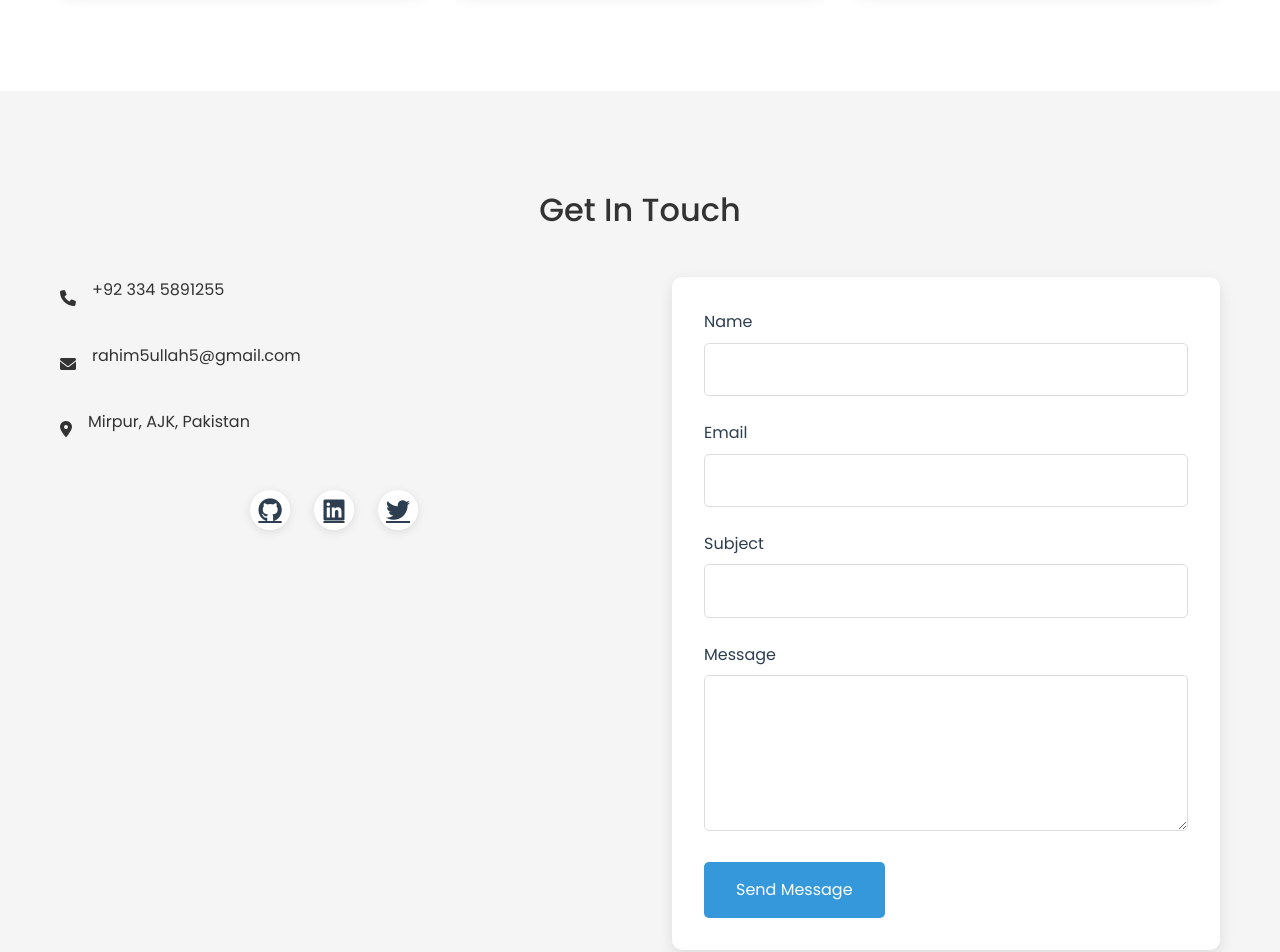
Repository: Rahim-Ullah/hexoforge-bootcamp
Page: phase-1-foundation/milestone-portfolio/index.html
An editor plug-in stored every save of this project. The page is shown before and after the next save, followed by the edit.
The browser window is 1280 px wide. The pictures show the part of the page from y = 2346 to 3298 px (the page is 3502 px tall).
A picture or video elsewhere on the page could not be fetched, so the positions and the page height are approximate. Backgrounds fixed to the window are drawn as part of the page.

Above is the page before, as saved 2025-08-27 04:28:45.

After the next save:
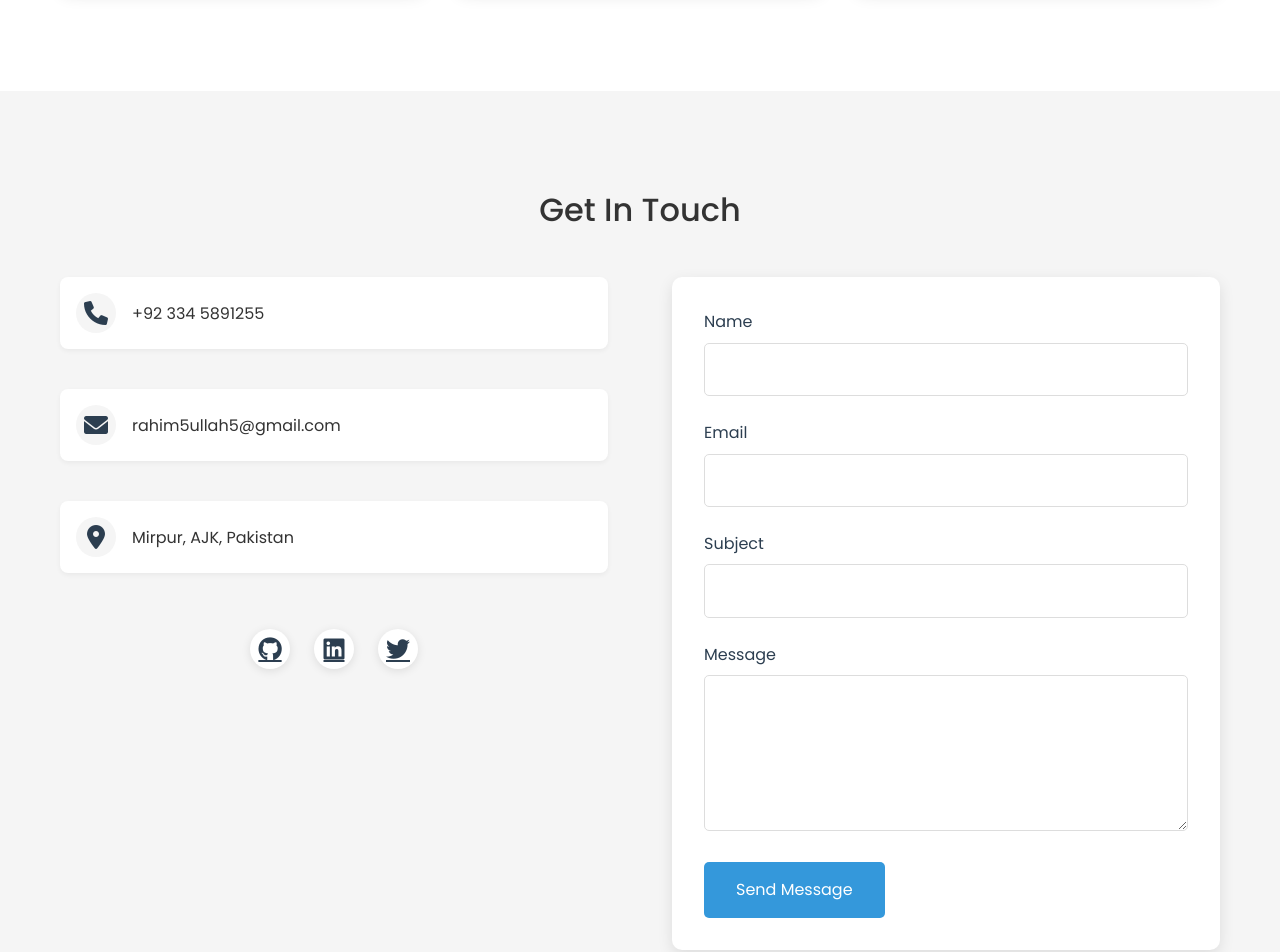
Saved 13 s later.
--- a/phase-1-foundation/milestone-portfolio/css/style.css
+++ b/phase-1-foundation/milestone-portfolio/css/style.css
@@ -280,6 +280,41 @@ body {
     display: flex;
     align-items: center;
     gap: 1rem;
+    padding: 1rem;
+    border-radius: 8px;
+    transition: var(--transition);
+    background: var(--white);
+    margin-bottom: 1rem;
+    box-shadow: 0 2px 5px rgba(0,0,0,0.05);
+}
+
+.contact-item:hover {
+    transform: translateX(10px);
+    background: var(--secondary-color);
+    color: var(--white);
+}
+
+.contact-item i {
+    font-size: 1.5rem;
+    width: 40px;
+    height: 40px;
+    display: flex;
+    align-items: center;
+    justify-content: center;
+    background: var(--light-bg);
+    border-radius: 50%;
+    color: var(--primary-color);
+    transition: var(--transition);
+}
+
+.contact-item:hover i {
+    background: var(--white);
+    color: var(--secondary-color);
+}
+
+.contact-item p {
+    margin: 0;
+    font-size: 1rem;
 }
 
 .contact-form {
